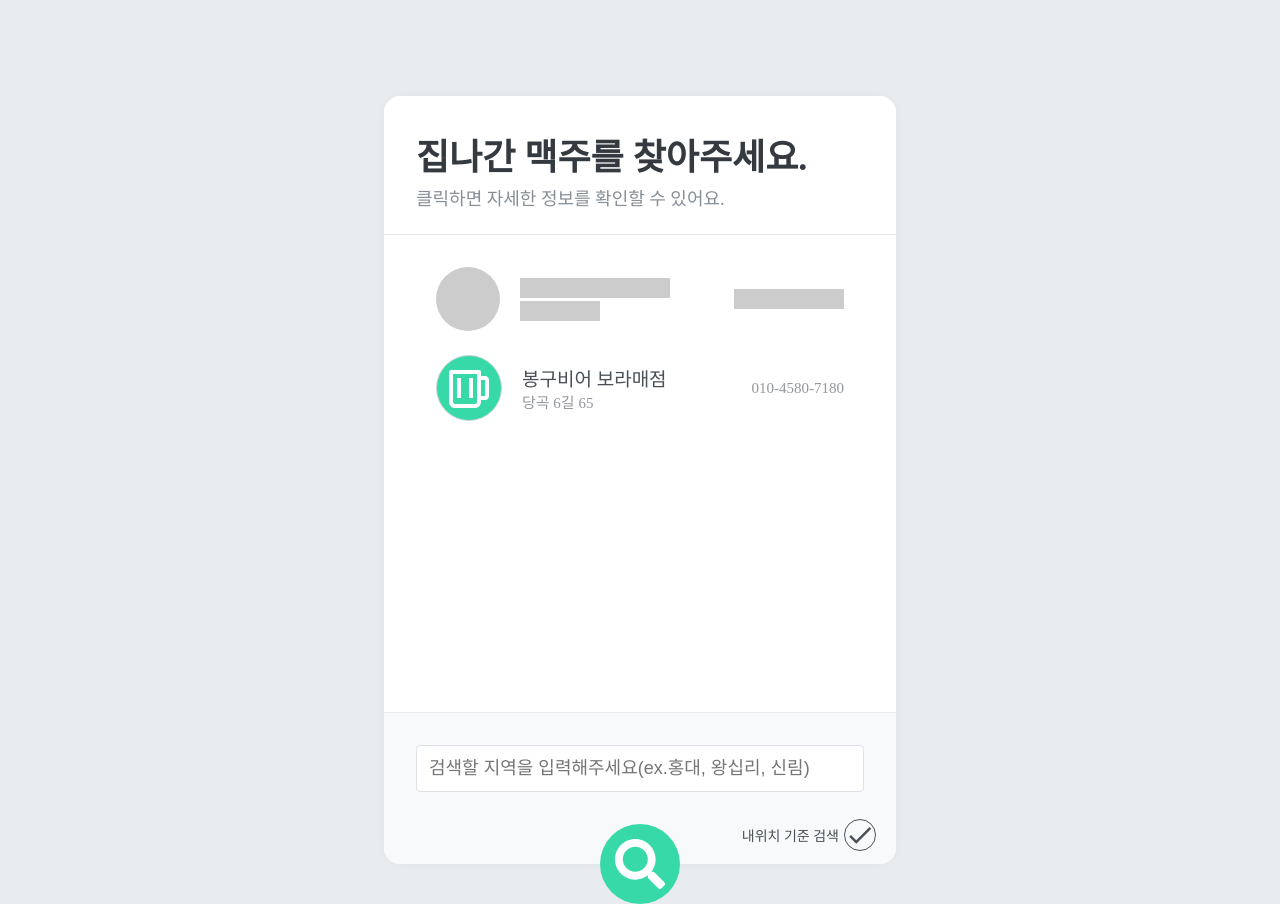
Repository: THE-SOPT-WEB/kimNamjun
Page: / (app in week4/bring-my-beer/)
The author's editor kept a copy of each file at every save. The page is drawn from the files as they stood at one save, then again after the next save.
The browser window is 1280 px wide. The pictures show the whole page.
The project was rebuilt for these pictures with package versions that can differ from the ones it lists, and the page was loaded fresh each time.

Above is the page before, as saved 2022-05-13 03:42:08.

After the next save:
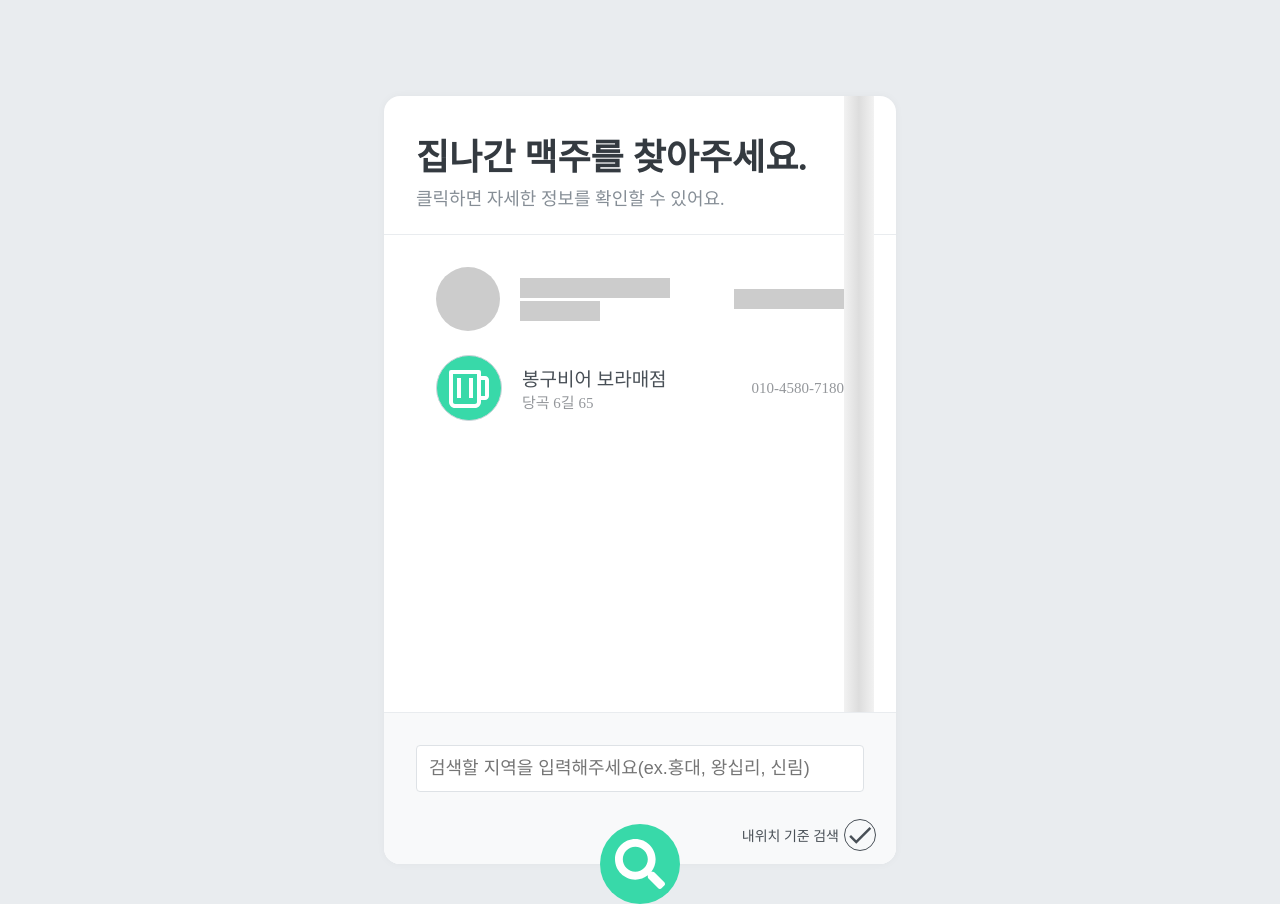
Saved 7 min 51 s later.
--- a/week4/bring-my-beer/src/components/SkeletonItem.jsx
+++ b/week4/bring-my-beer/src/components/SkeletonItem.jsx
@@ -1,10 +1,35 @@
 import React from 'react';
 import styled  from 'styled-components';
+
+
+
+
 
 const SkeletonBlock = styled.div`
     display: flex;
     align-items: center;
     padding: 12px 20px;
+
+    @keyframes loading {
+    0% {
+        transform: translateX(0);
+    }
+    50%,
+    100% {
+        transform: translateX(460px);
+        }
+    }
+
+    &::before{
+        content: '';
+        position: absolute;
+        top: 0;
+        left: 0;
+        width: 30px;
+        height: 100%;
+        background: linear-gradient(to right, #f2f2f2, #ddd, #f2f2f2);
+        animation: loading 2s infinite linear;
+    }
 `;
 
 const SkeletonIcon = styled.div`
